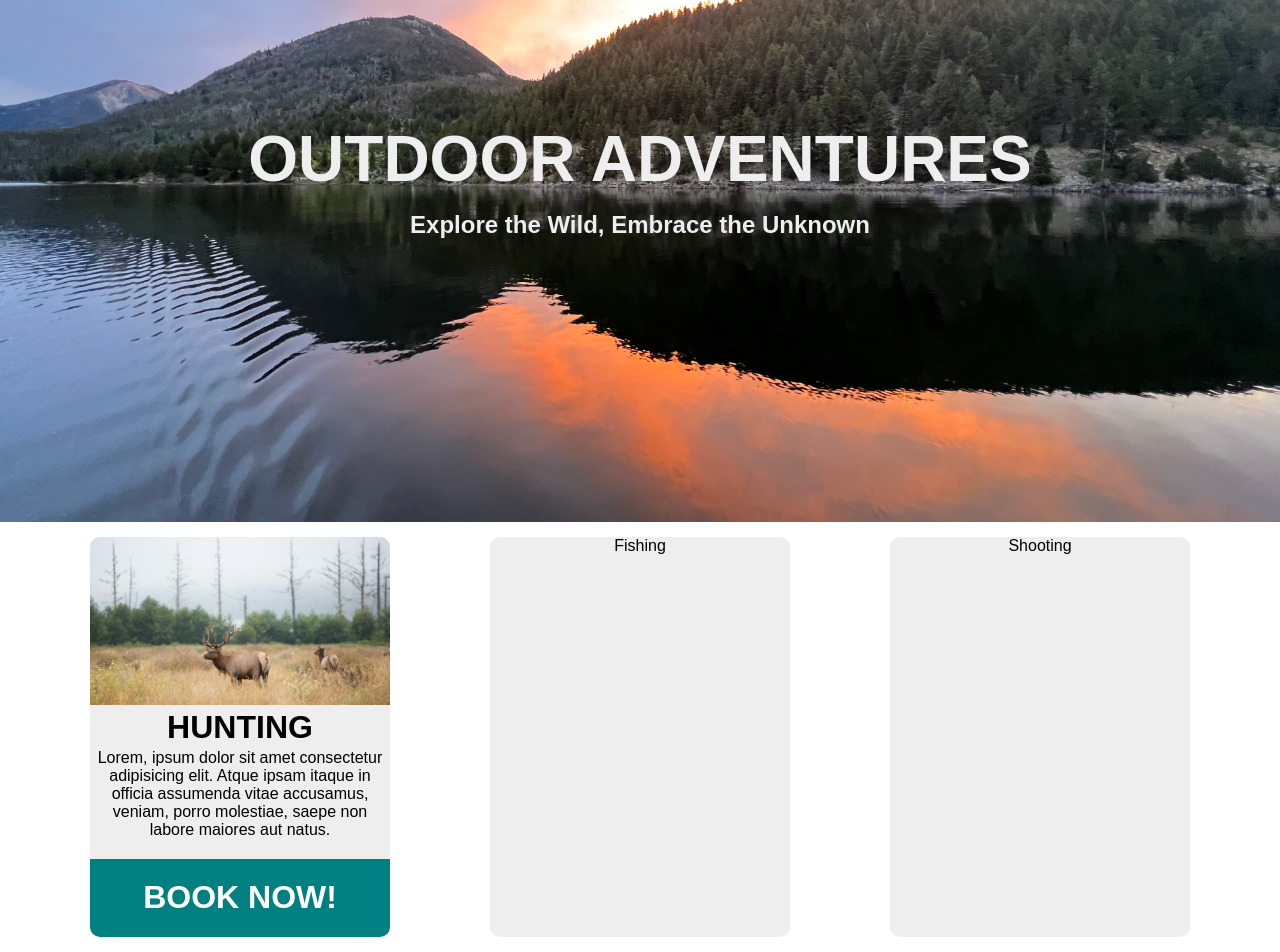
Repository: iforgotmylogin/WebDesignFinal
Page: index.html
An editor plug-in stored every save of this project. The page is shown before and after the next save, followed by the edit.
The browser window is 1280 px wide. The pictures show the part of the page from y = 290 to 1242 px (the page is 1242 px tall).
A picture or video elsewhere on the page could not be fetched, so the positions and the page height are approximate.

Above is the page before, as saved 2024-04-07 18:39:33.

### index.html
<!DOCTYPE html>
<html lang="en">
<head>
    <link rel="stylesheet" href="css/global.css">
    <link rel="stylesheet" href="css/navbar.css">
    <link rel="stylesheet" href="css/dropdown.css">
    <link rel="stylesheet" href="https://cdn.jsdelivr.net/npm/aos@2.3.4/dist/aos.css">
    <link rel="stylesheet" href="css/homepage.css">
    <meta http-equiv="X-UA-Compatible" content ="IE=edge">
    <meta charset="UTF-8">
    <meta name="viewport" content="width=device-width, initial-scale=1.0">
    <title>Outdoor Adventures</title>
</head>
<body>
    <header>
        <a href="#"><img src="images/outdoor-adventure-logo-color.png" alt="Logo" class="logo"></a>
       <nav>
        <ul>
            <li>
                <a href="#">About</a>
            </li>
            <li class="dropdown">
                <a href="html/Booking.html">Booking</a>
                <div class="dropdown-content">
                    <a href="#">Hunting</a>
                    <a href="#">Fishing</a>
                    <a href="#">Shooting</a>
                    <a href="#">ATV Rental</a>
                </div>
            </li>
            <li>
                <a href="html/Reviews.html">Reviews</a>
            </li>
            <li>
                <a href="#">Careers</a>
            </li>
            <li>
                <a href="#">Contact</a>
            </li>
        </ul>
    </nav>



    </header>
    <main class="hero_image">
        <h1>Outdoor Adventures</h1>
        <h2>Explore the Wild, Embrace the Unknown</h2>
    </main>

    <div class="container">
        <a  href="#" data-aos="fade-up" class="box hunting">
            <img src="images/HuntingBackdrop.jpg" alt="Image of an Elk">
            <h1>Hunting</h1>
            <p>Lorem, ipsum dolor sit amet consectetur adipisicing elit. Atque ipsam itaque in officia assumenda vitae accusamus, veniam, porro molestiae, saepe non labore maiores aut natus.</p>
            <div class="home-booking-button">
                <h1>Book Now!</h1>
            </div>
        </a>

        <div data-aos="fade-up" class="box Fishing">Fishing</div>

        <div data-aos="fade-up" class="box Shooting">Shooting</div>
    </div>



    <!-- Use <div data-aos="fade-up"><div> for really cool animations that use this java script!! -->
    <script src="https://cdn.jsdelivr.net/npm/aos@2.3.4/dist/aos.js"></script>
    <script>
      AOS.init();
    </script>
</body>
</html>

### css/global.css
*{
    font-family: Arial, Helvetica, sans-serif;
}
.hero_image{
    position: absolute;
    z-index: 1;
    margin: 0 auto;
    justify-content: center;
    top: 0px;
    padding: 50px;
    height: 600px;
    position: relative;
    background-image: url("../images/IMG_0679.jpeg");
    background-size: cover;
    background-position: center;
}

.hero_image h1{
    font-size: 400%;
    color: #eee;
    text-transform: uppercase;
    text-align: center;
    margin: 250px 0 auto;
}

.hero_image h2{
    margin: 15px 0 auto;
    text-align: uppercase;
    text-align: center;
    color:#eee;
}

h1.global{
    text-align: center;
}

#usrReview_1{
    outline: 2px solid red; /*This is for "debugging" where the div is and how it's behaving*/

    padding: 30px;
}

#userPfp{
    float: left;
    max-width: 90%;
    width: 200px;
    margin-right: 10px; /* adds some spacing between the image and the text*/

}

### css/navbar.css
body{
    margin:0px;
}


header{
    display: flex;
    justify-content: space-between;
    background-color: #eee;
    border-bottom: 5px white;
    box-shadow: 0 0 5px rgba(0,0,0,.2);
}

header .logo{
    height: 100px;
    padding:4px;
}

header nav{
    display: flex;
    align-items: center;
}
header nav ul{
    margin: 0px;
    padding: 0px;
    text-align: right;
    display: flex;
    width: 100%;
    justify-content: end;
}
header nav ul li{
    list-style-type: none;
}

header nav ul li a{
  text-decoration: none;
  color: #666;
  font-weight: bold;
  font-size:15px;
  text-transform:uppercase;
  font-family:Helvetica, sans-serif;
  padding:49px 30px;
  transition: all .3s linear;
}
header nav ul li a:hover{
    background-color:teal;
    color:white;
}

header nav ul li a.active{
    background-color: burlywood;
}

### css/dropdown.css
.dropbtn {
    background-color: #eee;
    color: white;
    padding: 16px;
    font-size: 16px;
    border: none;
  }

  .dropdown {
    align-items: center;
    display: inline-block;
  }

  .dropdown-content {
    display: none;
    position:absolute;
    background-color: #eee;
    min-width: 136px;
    box-shadow: 0px 8px 16px 0px rgba(0,0,0,0.2);
    z-index: 1;
    top: 14%;
    z-index: 2; /* Makes the dropdown menu appear over the hero image */
  }

  /* Links inside the dropdown */
  .dropdown-content a {
    color: black;
    padding: 12px 16px;
    text-decoration: none;
    text-align: center;
    display: block;
  }

  .dropdown-content a:hover {background-color: teal;}

  .dropdown:hover .dropdown-content {display: block;}

  .dropdown:hover .dropbtn {background-color: teal;}

### css/homepage.css
*{
    margin:0;
    padding:0;
}
.container{
    position:relative;
    width: 100%;
    height: auto;
    display: flex;
    flex-direction: row;
    justify-content: center;
}
.box{
    position: relative;
    width: 300px;
    height: 400px;
    background:#eee;
    text-align: center;
    margin: 15px;
    box-sizing: border-box;
    overflow: hidden;
    margin-left: 50px;
    margin-right: 50px;
    border-radius: 10px;
}
.container a{
    text-decoration: none;
    color:black;
    transition: 1s;
}
.box:hover{
    flex: 3;
}
.hunting img{
    width: 100%;
}
.hunting h1{
    padding-bottom: 3px;
    text-transform: uppercase;
}
.hunting p{
    padding-bottom: 20px;
}
.home-booking-button{
    padding-top: 15px;
    padding-bottom: 20px;
    background-color: teal;
}
.home-booking-button h1{
    padding-top:5px;
    color:white;
}

After the next save:
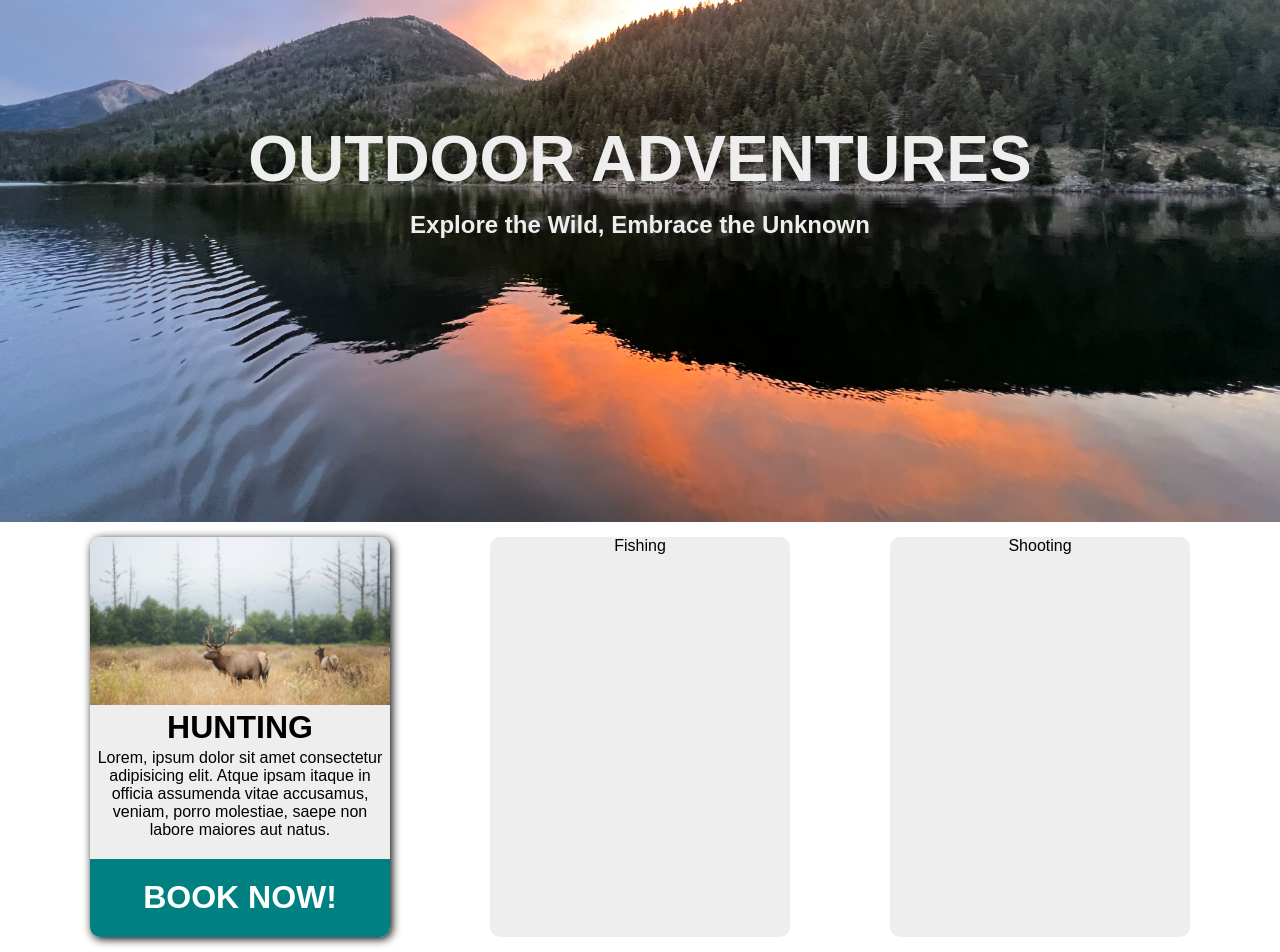
Saved 107 s later.
--- a/css/homepage.css
+++ b/css/homepage.css
@@ -26,7 +26,7 @@
 .container a{
     text-decoration: none;
     color:black;
-    transition: 1s;
+    box-shadow: 2px 2px 10px black;
 }
 .box:hover{
     flex: 3;
